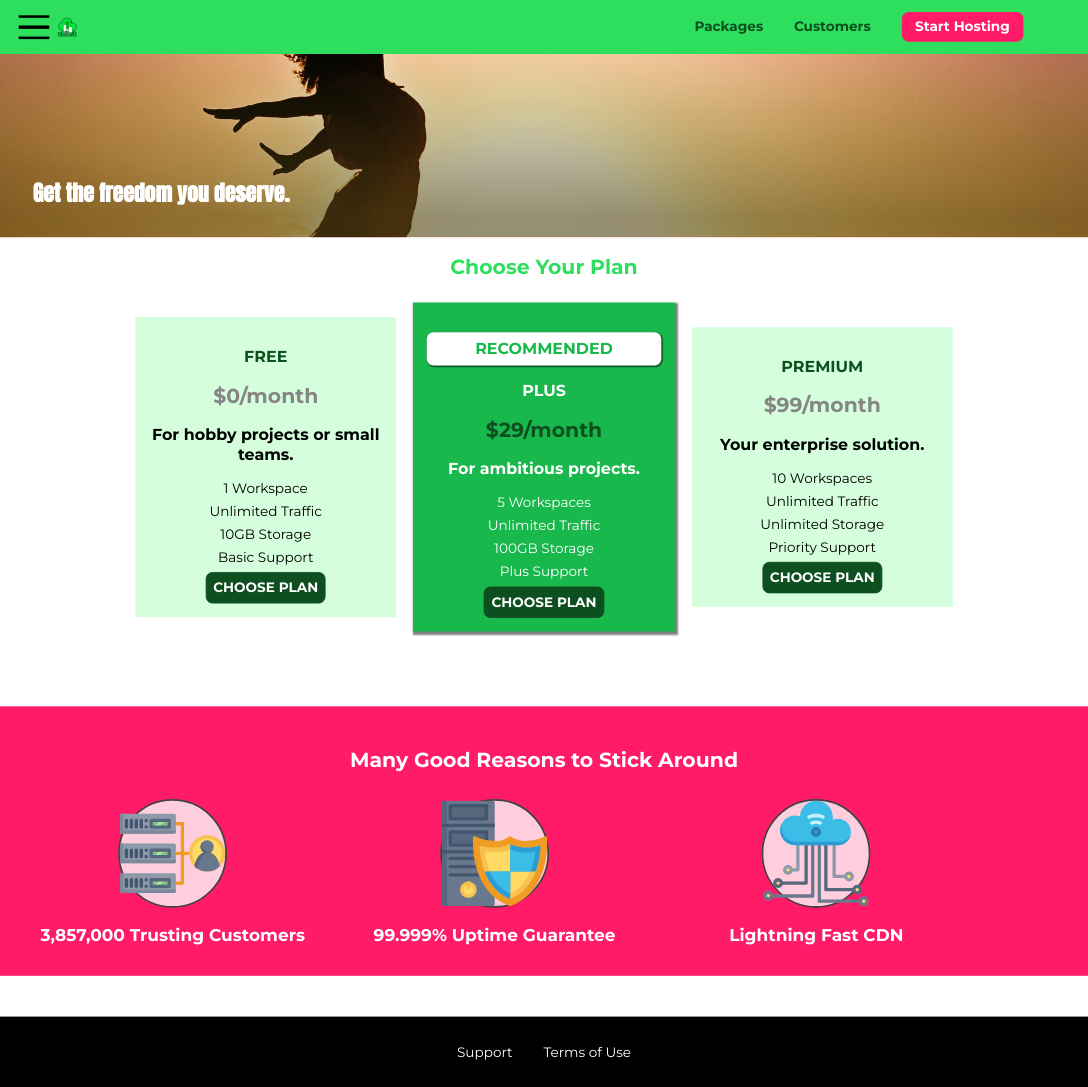
Repository: luacooli/css-course
Page: my_project/index.html
The author's editor kept a copy of each file at every save. The page is drawn from the files as they stood at one save, then again after the next save.
The browser window is 1280 px wide. The pictures show the whole page, at 85% of full size.

Above is the page before, as saved 2020-09-15 06:51:17.

After the next save:
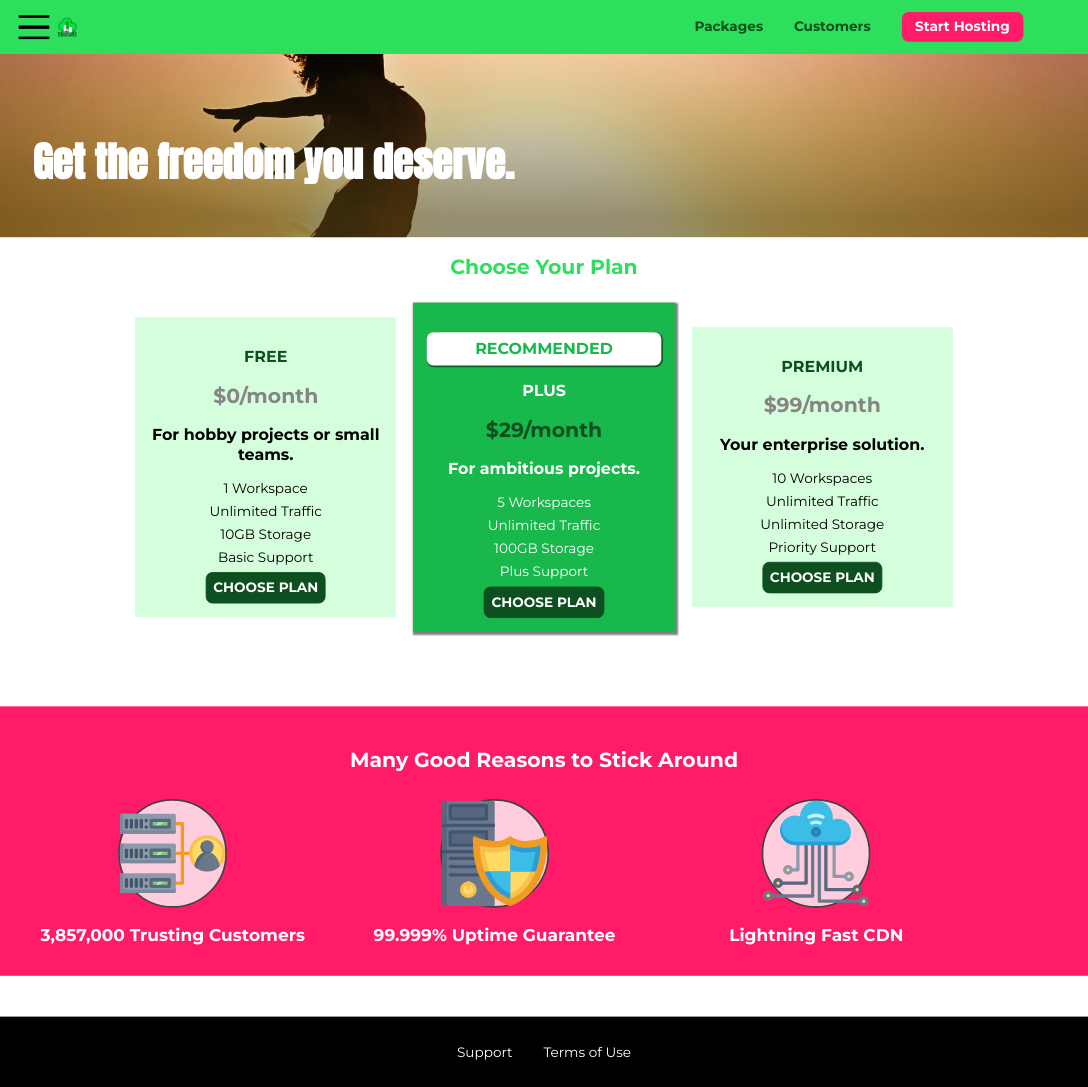
Saved 7 min 27 s later.
--- a/my_project/main.css
+++ b/my_project/main.css
@@ -24,6 +24,12 @@
   bottom: 5%;
   left: 3%;
   font-size: 1.6rem;
+}
+
+@media (min-width: 40rem) {
+  #product-overview h1 {
+    font-size: 3rem;
+  }
 }
 
 .section-title {
